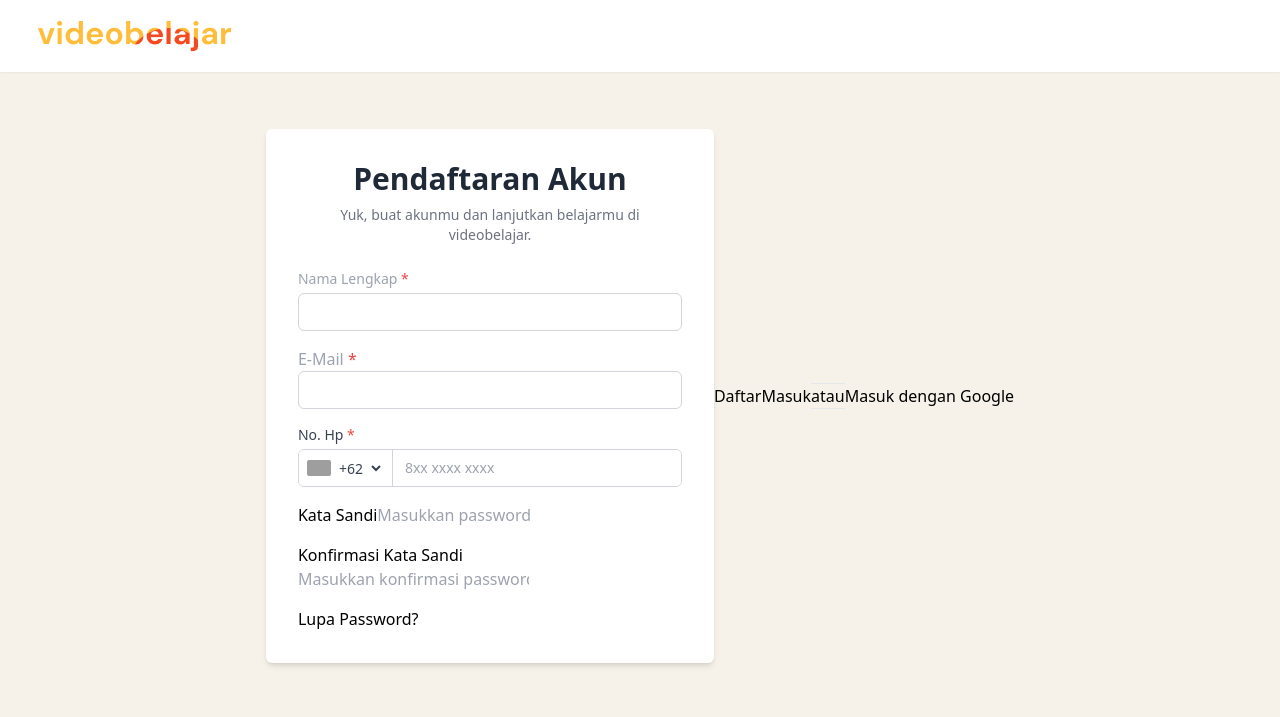
Repository: dimascahyanugraha/Course-Mission-4
Page: /signup
An editor plug-in stored every save of this project. The page is shown before and after the next save, followed by the edit.
The browser window is 1280 px wide. The pictures show the whole page.
Pictures or frames that could not be fetched are drawn as grey boxes. The project was rebuilt for these pictures with package versions that can differ from the ones it lists, and the page was loaded fresh each time. Also part of the build but not shown: vite.config.js, src/components/LoginPage.jsx.

Above is the page before, as saved 2026-05-29 19:30:41.

After the next save:
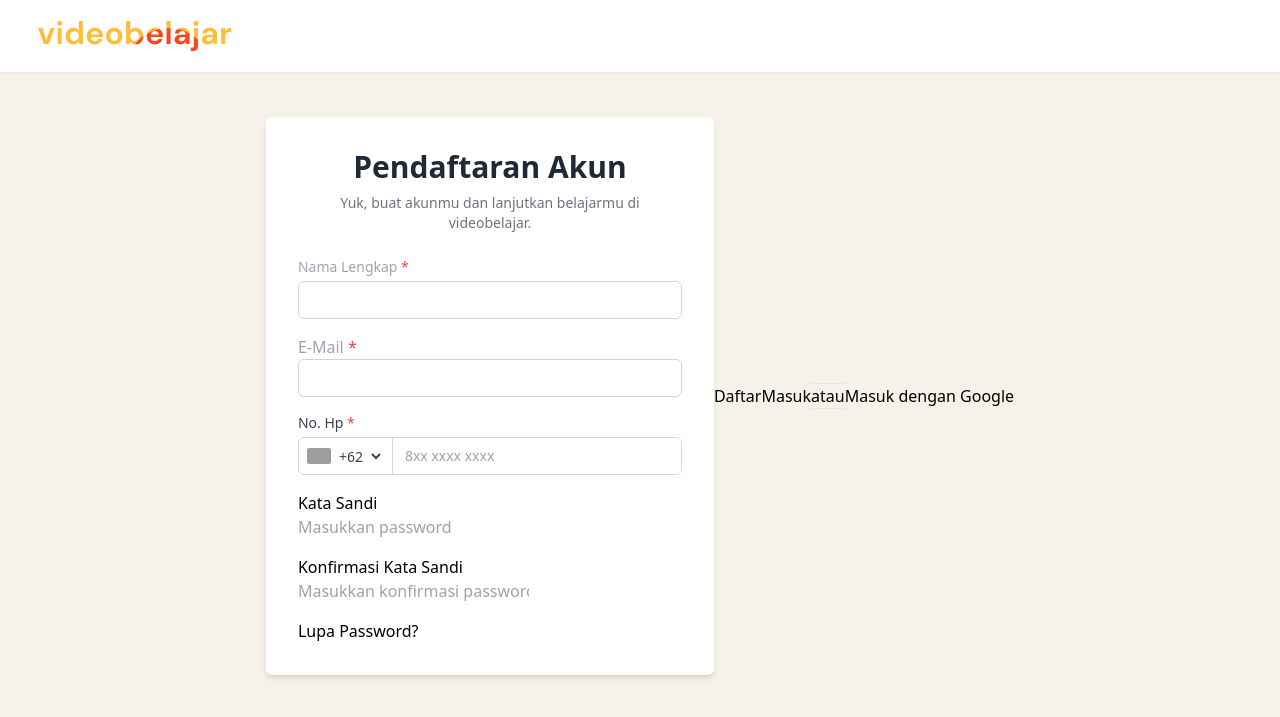
Saved 64 s later.
--- a/src/components/Signup.jsx
+++ b/src/components/Signup.jsx
@@ -61,7 +61,7 @@ export default function Signup() {
             </div>{" "}
             {/* ← div No.Hp ditutup di sini */}
             <div>
-              <label>Kata Sandi</label>
+              <label className="block">Kata Sandi</label>
               <input type="password" placeholder="Masukkan password" />
             </div>
             <div>
